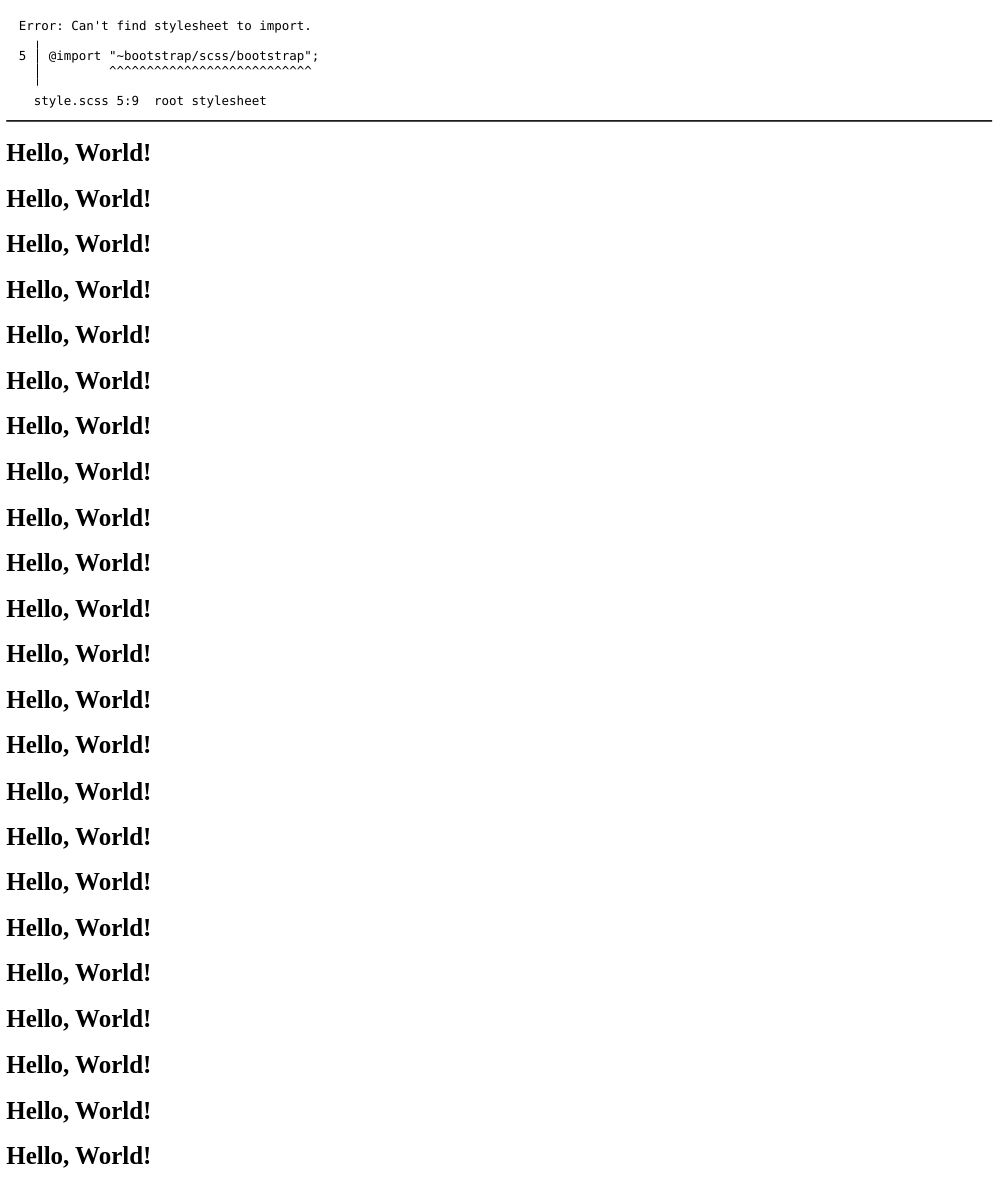
Repository: angeldavid233/GeoEx-Colombia
Page: / (app in geoex-colombia/)
These files come from the project's save history. The page is drawn as it stood at one moment and after the next save; the edit follows.
The browser window is 1280 px wide. The pictures show the whole page, at 78% of full size.
The project was rebuilt for these pictures with package versions that can differ from the ones it lists, and the page was loaded fresh each time.

Above is the page before, as saved 2024-10-09 20:36:17.

After the next save:
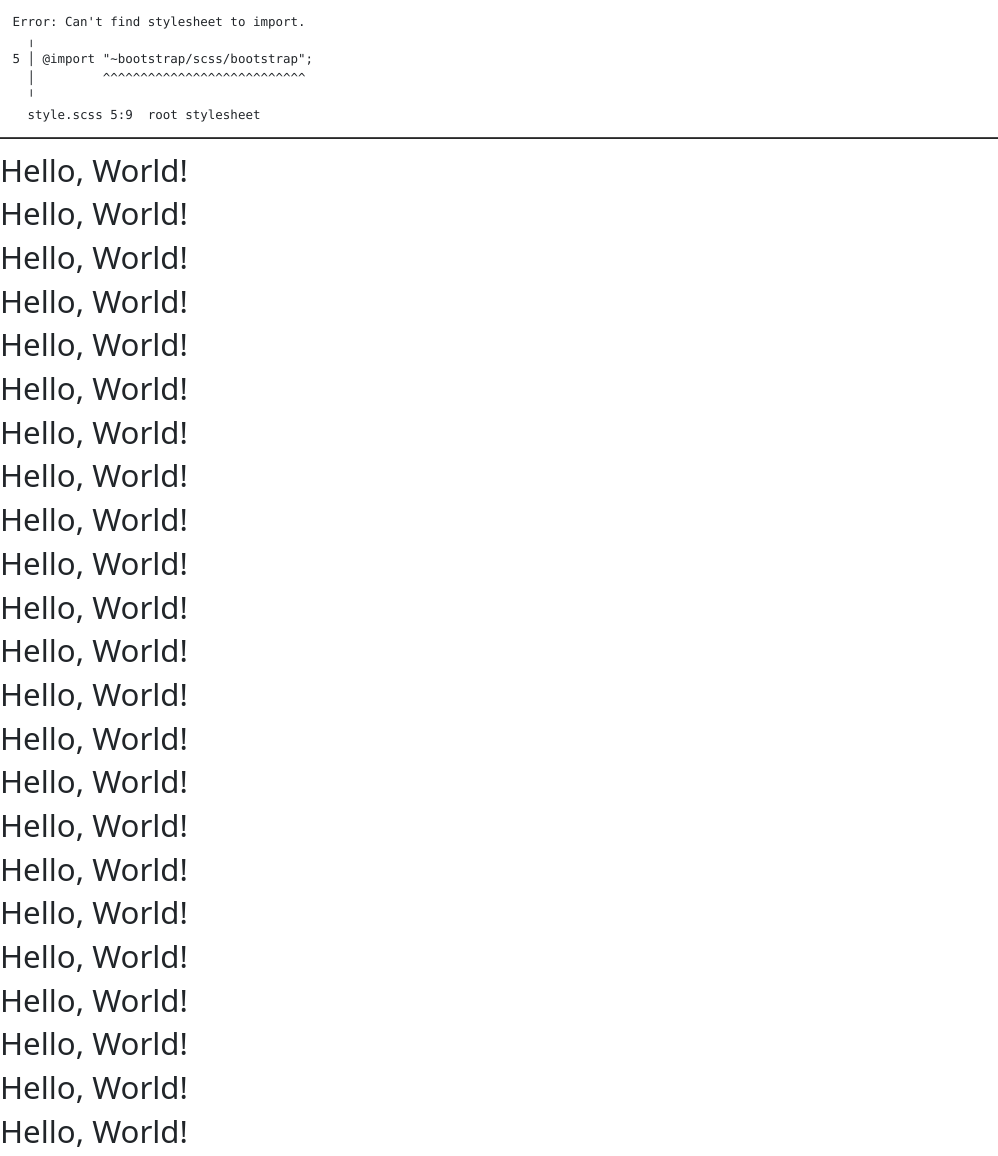
Saved 3 min 44 s later.
--- a/geoex-colombia/src/App.js
+++ b/geoex-colombia/src/App.js
@@ -1,4 +1,5 @@
 import React from 'react';
+import 'bootstrap/dist/css/bootstrap.min.css';
 
 function App() {
   return (
